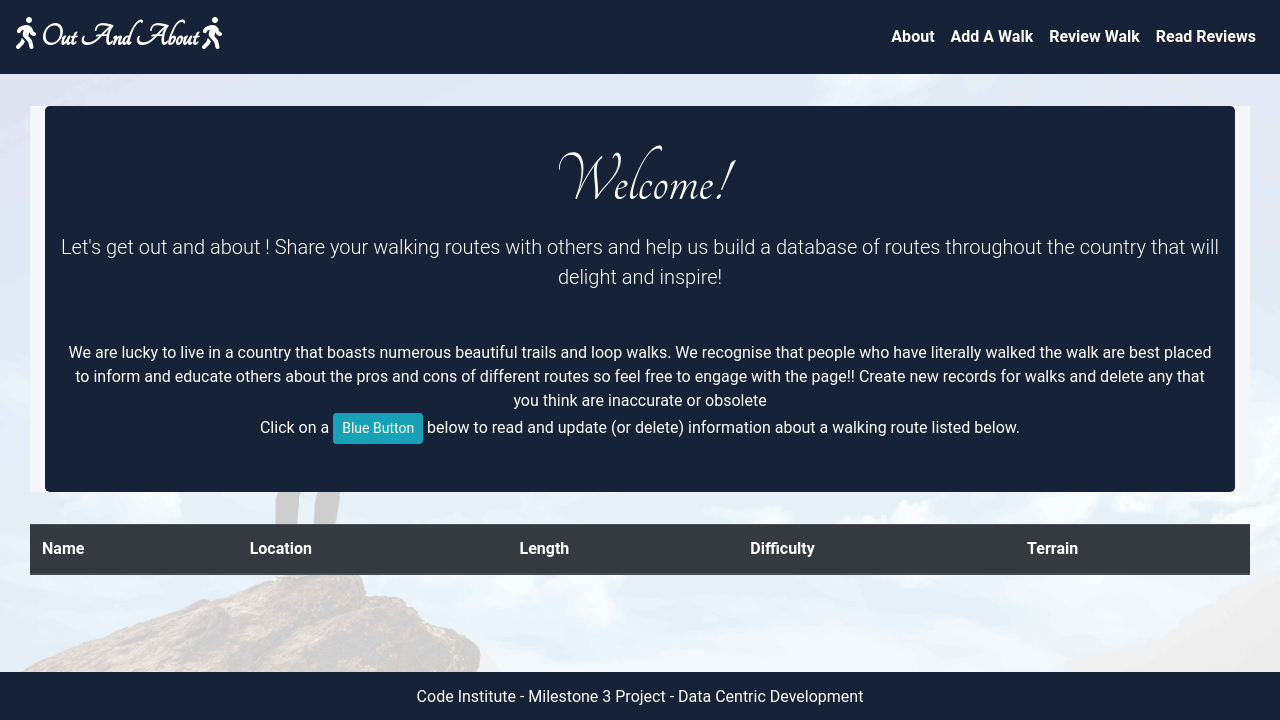
Repository: 5803emma/days-of-walking
Page: http://localhost/
The author's editor kept a record of every edit. The page is drawn from the files as they stood at one moment, then again after the next edit.
The browser window is 1280 px wide. The pictures show the whole page.
Some web libraries are served in a nearby version. The page is served by the project's application, run on Flask 3 (app.py). Queries for data that is not in the repository find no rows.

Above is the page before.

After the next edit:
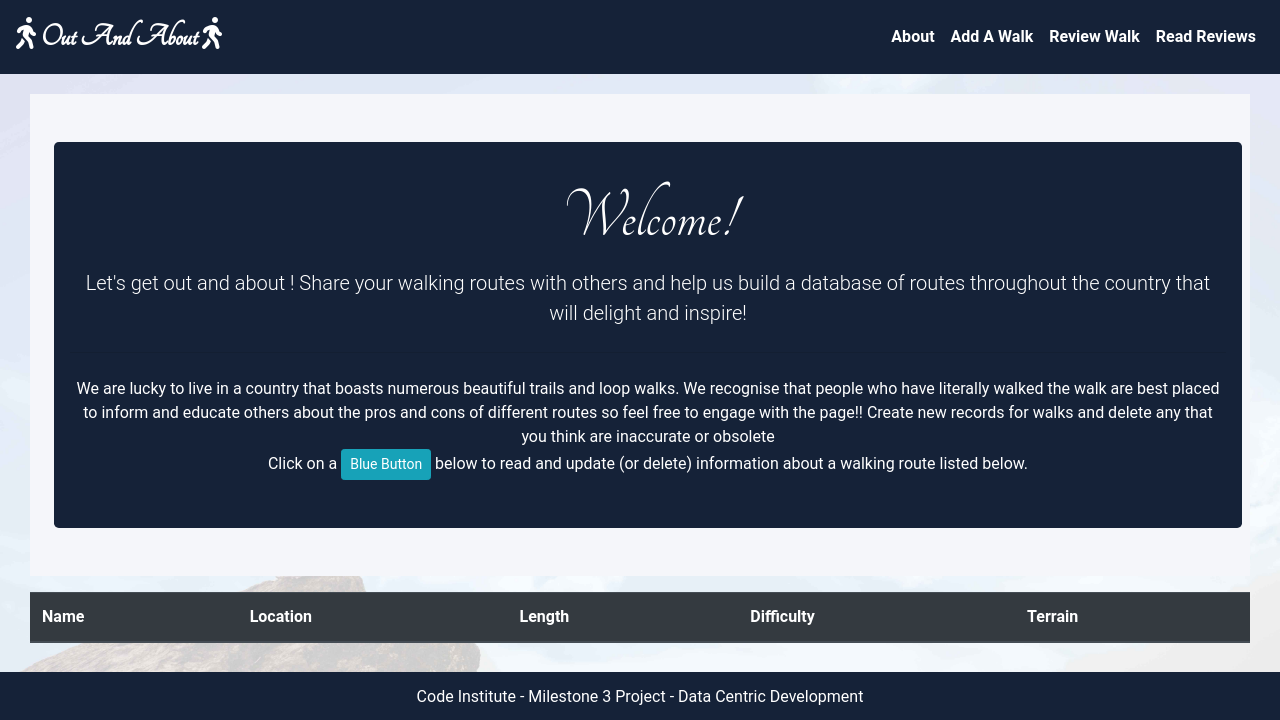
The edit:
--- a/static/css/style.css
+++ b/static/css/style.css
@@ -108,6 +108,11 @@
     background-color: rgba(245, 246, 250,1.0);
 }
 
+.text-dark {
+    color: #343a40!important;
+    padding: 1em;
+    margin: 0.5em;
+
 .table {
     background-color: rgba(245, 246, 250,1.0);
 }
